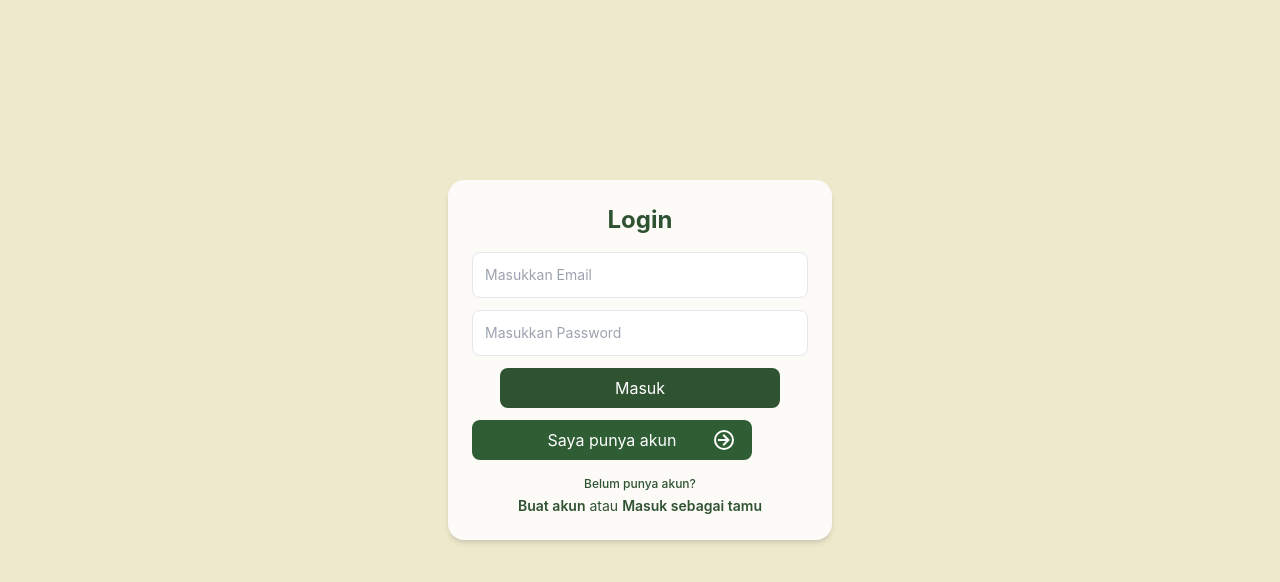
Repository: PajarAland/DiagramCoffee
Page: /login
The author's editor kept a copy of each file at every save. The page is drawn from the files as they stood at one save, then again after the next save.
The browser window is 1280 px wide. The pictures show the whole page.
The page's requests for data from a server got no answer. The project was rebuilt for these pictures with package versions that can differ from the ones it lists, and the page was loaded fresh each time. Some packages were replaced by stand-ins written for this rebuild. No one was signed in, and anything a server would have sent is missing. Also part of the build but not shown: vite.config.js, src/components/ui/NavBar.jsx, src/pages/Landing.jsx, src/pages/Register.jsx, src/pages/Home.jsx, src/auth/ProtectedRoute.jsx.

Above is the page before, as saved 2026-04-26 18:20:46.

### index.html
<!doctype html>
<html lang="en">
  <head>
    <meta charset="UTF-8" />
    <link rel="icon" type="image/svg+xml" href="/favicon.svg" />
    <meta name="viewport" content="width=device-width, initial-scale=1.0" />
    <title>diagramcoffee</title>
  </head>
  <body>
    <div id="root"></div>
    <script type="module" src="/src/main.jsx"></script>
  </body>
</html>

### src/index.css
@tailwind base;
@tailwind components;
@tailwind utilities;

body {
  @apply font-sans;
}

### src/App.jsx
import { BrowserRouter, Routes, Route } from "react-router-dom";
import Landing from "./pages/Landing";
import Login from "./pages/Login";
import Register from "./pages/Register";
import Home from "./pages/Home";
import ProtectedRoute from "./auth/ProtectedRoute";
import { AuthProvider } from "./context/AuthContext";

function App() {
  return (
    <AuthProvider>
      <BrowserRouter>
        <Routes>
          <Route path="/" element={<Landing />} />
          <Route path="/login" element={<Login />} />
          <Route path="/register" element={<Register />} />

          <Route
            path="/home"
            element={
              <ProtectedRoute>
                <Home />
              </ProtectedRoute>
            }
          />
        </Routes>
      </BrowserRouter>
    </AuthProvider>
  );
}

export default App;

### src/pages/Login.jsx
import { useState } from "react";
import { useNavigate, Link } from "react-router-dom";
import API from "../services/api";
import Swal from "sweetalert2";
import { useAuth } from "../context/AuthContext";
import Navbar from "../components/ui/NavBar.jsx";
import arrowIconWhite from "../assets/mdi--arrow-right-thin-circle-outline-white.svg";

function Login() {
    const navigate = useNavigate();
    const { login, refreshUser } = useAuth();
    const [email, setEmail] = useState("");
    const [password, setPassword] = useState("");

    const handleLogin = async (e) => {
        e.preventDefault();

        try {
            await API.get("/sanctum/csrf-cookie");

            const response = await API.post("/api/login", {
                email,
                password,
            });

            if (response.data.success) {
                login(response.data.data); //
                await refreshUser(); //
                navigate("/home");
            }

        } catch (error) {
            console.error(error);

            if (error.response?.data?.errors) {
                Swal.fire({
                    icon: "error",
                    title: "Validasi Gagal",
                    html: Object.values(error.response.data.errors).join("<br>"),
                });
            } else {
                Swal.fire({
                    icon: "error",
                    title: "Error",
                    text: error.response?.data?.message,
                });
            }
        }
    };

    return (
        <div className="min-h-screen bg-[#EEE8CC] flex items-center justify-center">
            <div className="bg-[#FDFBF8] w-full max-w-sm rounded-2xl p-6 shadow-md text-center">

                <h2 className="text-[#2F5231] font-bold text-2xl mb-4">
                    Login
                </h2>

                <form onSubmit={handleLogin} className="space-y-3">

                    <input
                        type="email"
                        placeholder="Masukkan Email"
                        value={email}
                        onChange={(e) => setEmail(e.target.value)}
                        className="w-full border rounded-lg px-3 py-3 text-sm outline-none"
                    />

                    <input
                        type="password"
                        placeholder="Masukkan Password"
                        value={password}
                        onChange={(e) => setPassword(e.target.value)}
                        className="w-full border rounded-lg px-3 py-3 text-sm outline-none"
                    />

                    <button
                        type="submit"
                        className="w-10/12 bg-[#2F5231] text-white py-2 rounded-lg mt-2"
                    >
                        Masuk
                    </button>

                    <button
                        onClick={() => navigate("/login")}
                        className="w-10/12 bg-[#2F5D34] text-white py-2 rounded-lg relative flex items-center justify-center mt-2"
                        >
                        <span className="text-center">Saya punya akun</span>

                        <img
                            src={arrowIconWhite}
                            alt="arrow"
                            className="w-6 h-6 absolute right-4"
                        />
                    </button>
                </form>

                <p className="text-xs text-[#2F5231] font-medium mt-4">
                    Belum punya akun?
                </p>

                <div className="text-sm text-[#2F5231] mt-1 flex items-center justify-center gap-1">
                    <Link to="/register" className="font-semibold hover:underline">
                        Buat akun
                    </Link>
                    <span>atau</span>
                    <Link to="/homeGuest" className="font-semibold hover:underline">
                        Masuk sebagai tamu
                    </Link>
                </div>
            </div>
        </div>
    );
}

export default Login;

### src/context/AuthContext.jsx
import { createContext, useContext, useEffect, useState } from "react";
import API from "../services/api";

const AuthContext = createContext();

export function AuthProvider({ children }) {
  const [user, setUser] = useState(null);
  const [initialized, setInitialized] = useState(false); // penting

  // ambil user sekali saat app start (background)
  const fetchUser = async () => {
    try {
      const res = await API.get("/api/user");
      setUser(res.data.data);
    } catch {
      setUser(null);
    } finally {
      setInitialized(true);
    }
  };

  useEffect(() => {
    fetchUser();
  }, []);

  const refreshUser = async () => {
  try {
    const res = await API.get("/api/user");
    setUser(res.data.data);
  } catch {
    setUser(null);
  } finally {
    setInitialized(true);
  }
};

  const login = (userData) => {
    setUser(userData);
  };

  const logout = async () => {
    await API.post("/api/logout");
    setUser(null);
  };

  return (
    <AuthContext.Provider
      value={{
        user,
        setUser,
        login,
        logout,
        initialized, // status auth selesai dicek
        refreshUser, // fungsi untuk refresh data user
      }}
    >
      {children}
    </AuthContext.Provider>
  );
}

export const useAuth = () => useContext(AuthContext);

### src/services/api.js
import axios from "axios";

const API = axios.create({
  baseURL: "http://localhost:8000",
  withCredentials: true,

  headers: {
    Accept: "application/json",
  },
});

// 🔥 INI YANG SELAMA INI KURANG
API.interceptors.request.use((config) => {
  const token = document.cookie
    .split("; ")
    .find(row => row.startsWith("XSRF-TOKEN="))
    ?.split("=")[1];

  if (token) {
    config.headers["X-XSRF-TOKEN"] = decodeURIComponent(token);
  }

  return config;
});

export default API;

### tailwind.config.js
/** @type {import('tailwindcss').Config} */
export default {
  content: [
    "./index.html",
    "./src/**/*.{js,jsx,ts,tsx}",
  ],
  theme: {
    fontFamily: {
      sans: ["Inter", "ui-sans-serif", "system-ui"],
    },
    extend: {},
  },
  plugins: [],
}

Loaded but not shown: src/main.jsx (common file)

After the next save:
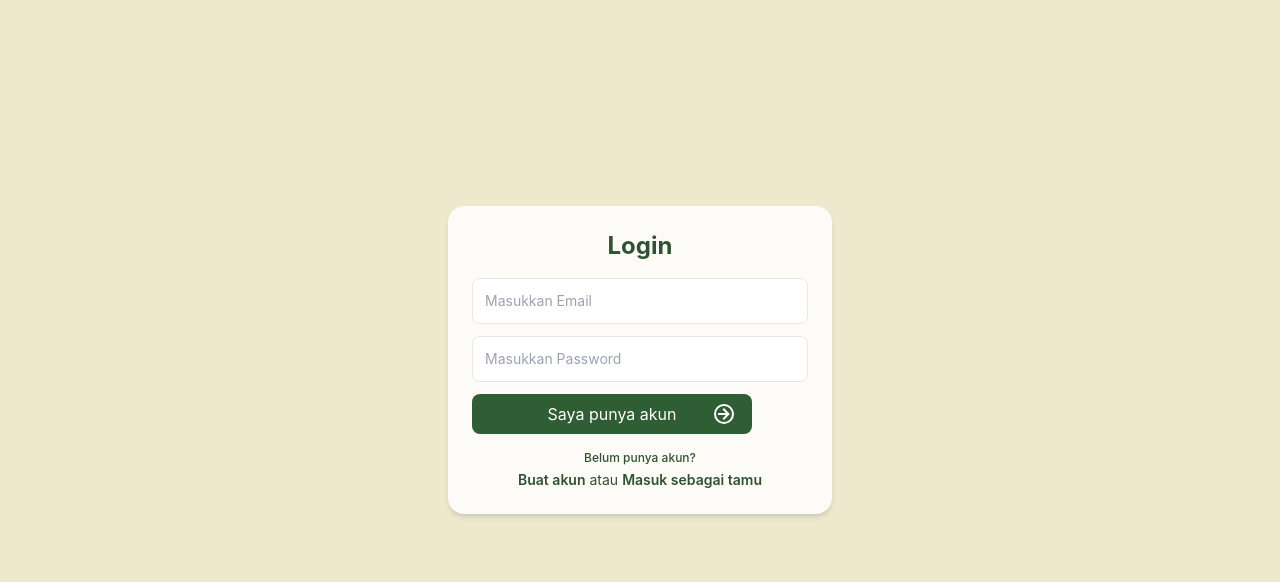
Saved 32 s later.
--- a/src/pages/Login.jsx
+++ b/src/pages/Login.jsx
@@ -74,12 +74,12 @@
                         className="w-full border rounded-lg px-3 py-3 text-sm outline-none"
                     />
 
-                    <button
+                    {/* <button
                         type="submit"
                         className="w-10/12 bg-[#2F5231] text-white py-2 rounded-lg mt-2"
                     >
                         Masuk
-                    </button>
+                    </button> */}
 
                     <button
                         onClick={() => navigate("/login")}

After the save that followed:
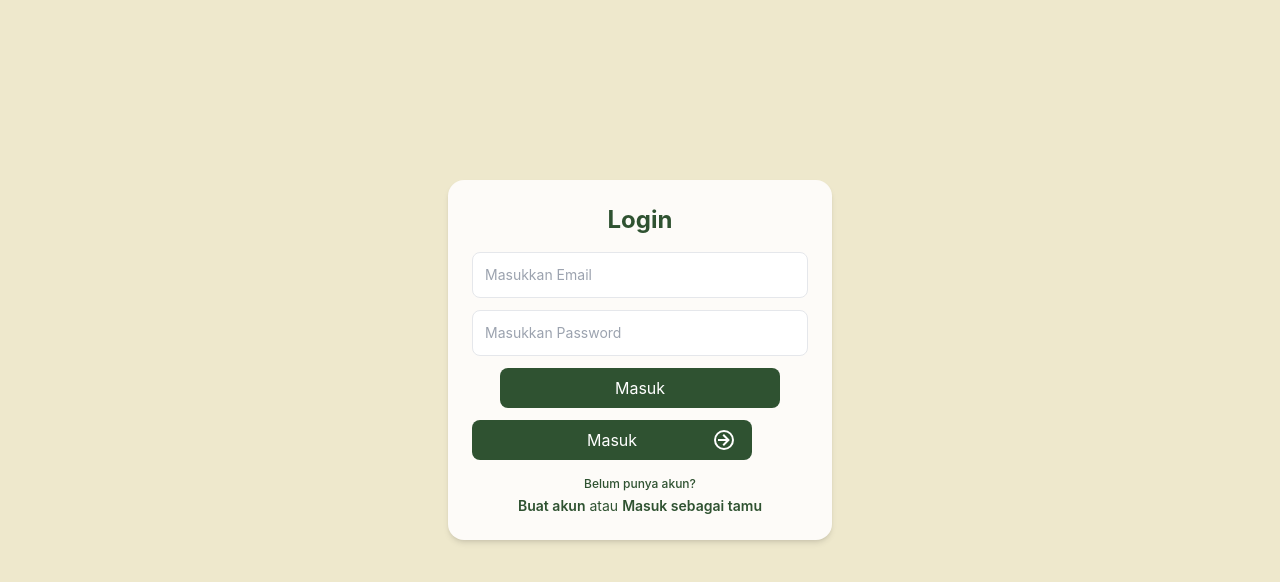
Saved 101 s later.
--- a/src/pages/Login.jsx
+++ b/src/pages/Login.jsx
@@ -74,18 +74,18 @@
                         className="w-full border rounded-lg px-3 py-3 text-sm outline-none"
                     />
 
-                    {/* <button
+                    <button
                         type="submit"
                         className="w-10/12 bg-[#2F5231] text-white py-2 rounded-lg mt-2"
                     >
                         Masuk
-                    </button> */}
+                    </button>
 
                     <button
-                        onClick={() => navigate("/login")}
-                        className="w-10/12 bg-[#2F5D34] text-white py-2 rounded-lg relative flex items-center justify-center mt-2"
+                        type="submit"
+                        className="w-10/12 bg-[#2F5231] text-white py-2 rounded-lg relative flex items-center justify-center mt-2"
                         >
-                        <span className="text-center">Saya punya akun</span>
+                        <span className="text-center">Masuk</span>
 
                         <img
                             src={arrowIconWhite}
